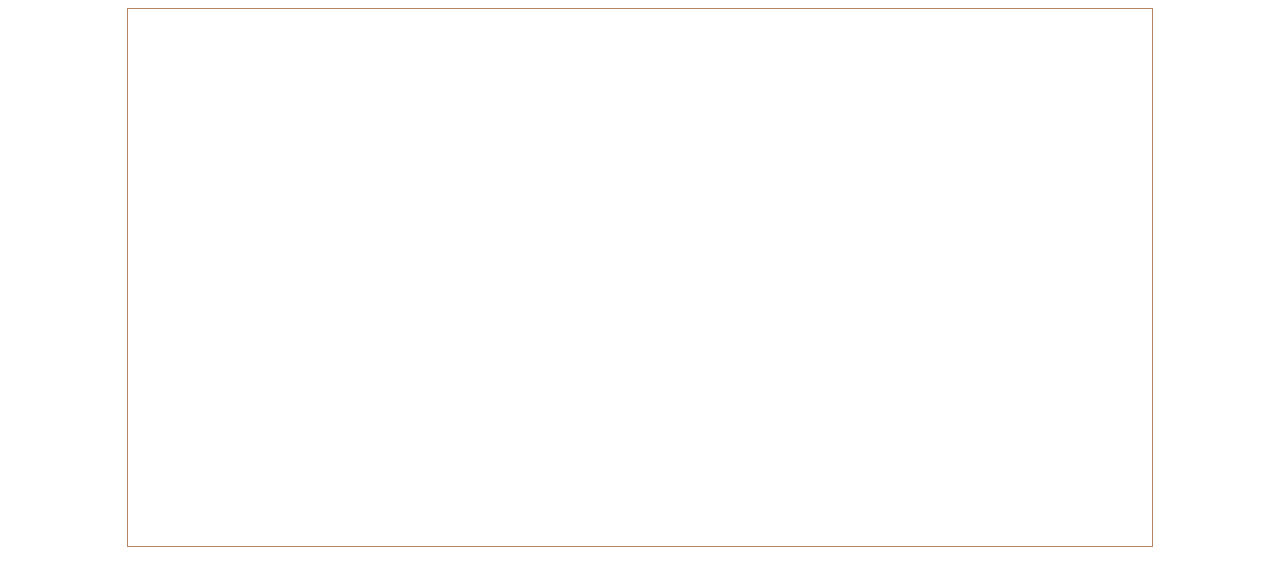
Repository: Kirill2034/Calculator-metal
Page: /
These files come from the project's save history. The page is drawn as it stood at one moment and after the next save; the edit follows.
The browser window is 1280 px wide. The pictures show the whole page.
The project was rebuilt for these pictures with package versions that can differ from the ones it lists, and the page was loaded fresh each time.

Above is the page before, as saved 2021-11-27 15:45:02.

After the next save:
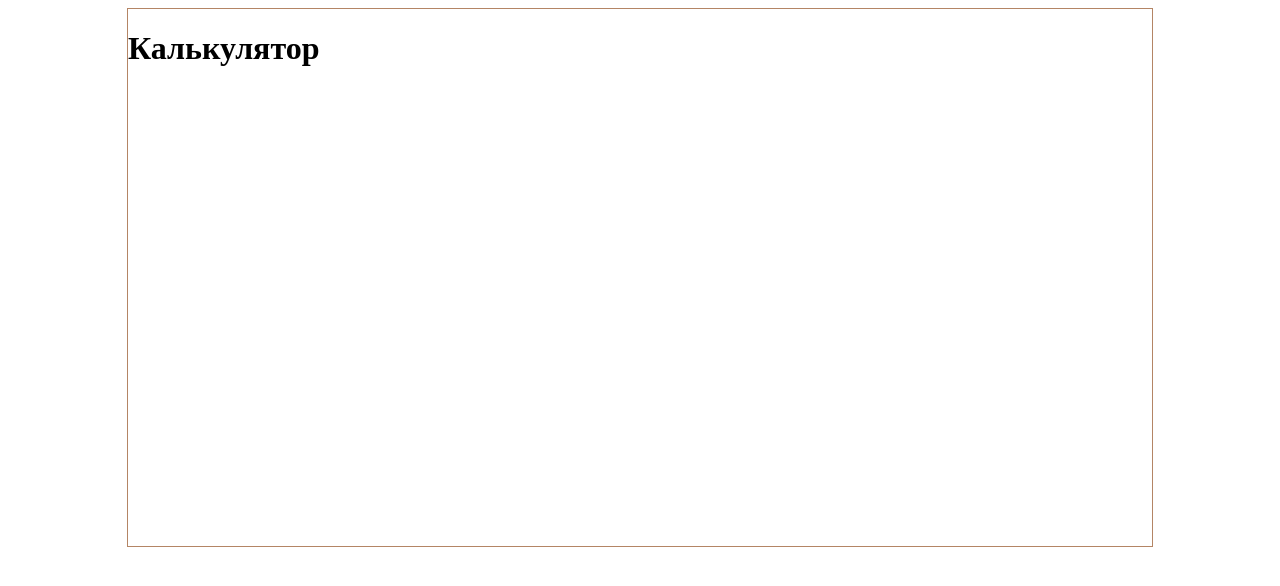
Saved 97 s later.
--- a/src/App.js
+++ b/src/App.js
@@ -3,7 +3,10 @@ import './App.css';
 function App() {
   return (
     <div className="App">
-
+      <div className="title">
+        <h1>Калькулятор</h1>
+      </div>
+      <div className="calculator"></div>
     </div>
   );
 }
